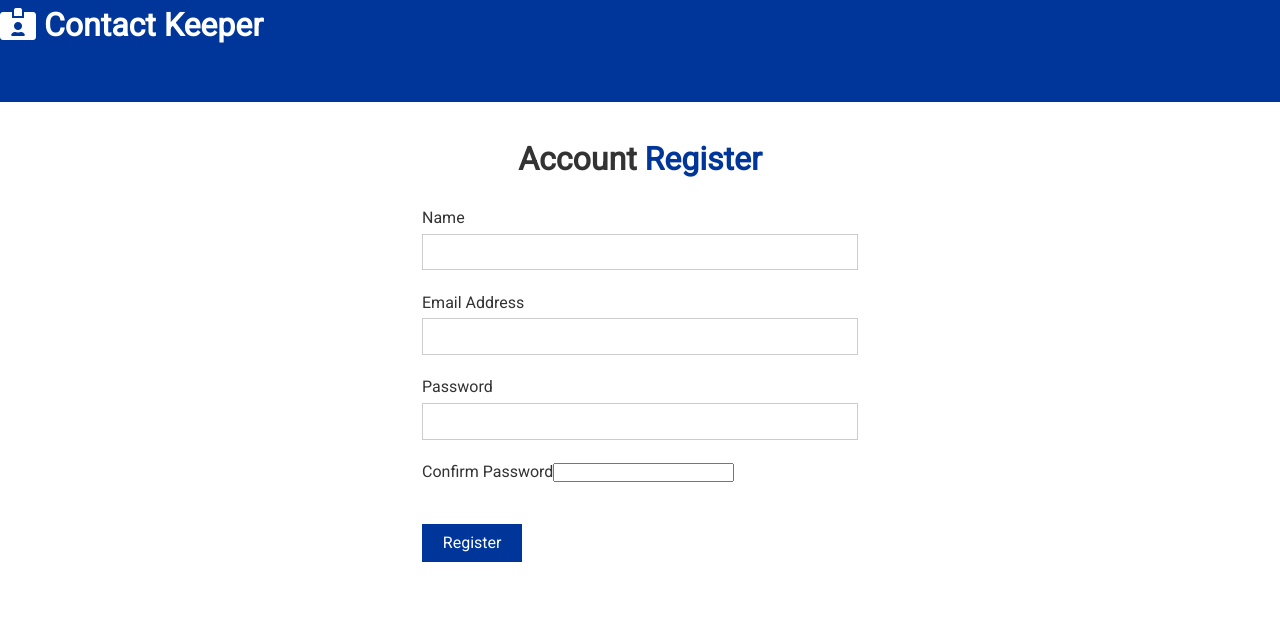
Repository: Takudzwa413/Contact-Keeper
Page: /register (app in client/)
The author's editor kept a copy of each file at every save. The page is drawn from the files as they stood at one save, then again after the next save.
The browser window is 1280 px wide. The pictures show the whole page.
Some web libraries are served in a nearby version. The project was rebuilt for these pictures with package versions that can differ from the ones it lists, and the page was loaded fresh each time. Also part of the build but not shown: client/src/components/contacts/ContactItem.js, client/src/components/contacts/Contacts.js, client/src/components/contacts/ContactForm.js, client/src/components/contacts/ContactFilter.js, client/src/components/pages/Home.js, client/src/components/pages/About.js.

Above is the page before, as saved 2020-06-20 09:58:29.

### client/public/index.html
<!DOCTYPE html>
<html lang="en">
  <head>
    <meta charset="utf-8" />
    <link rel="icon" href="%PUBLIC_URL%/favicon.ico" />
    <meta name="viewport" content="width=device-width, initial-scale=1" />
    <meta name="theme-color" content="#000000" />
    <meta
      name="description"
      content="Web site created using create-react-app"
    />
    <link
    rel="stylesheet"
    href="https://use.fontawesome.com/releases/v5.13.0/css/all.css"
    integrity="sha384-Bfad6CLCknfcloXFOyFnlgtENryhrpZCe29RTifKEixXQZ38WheV+i/6YWSzkz3V"
    crossorigin="anonymous"
  />
    <link rel="apple-touch-icon" href="%PUBLIC_URL%/logo192.png" />

    <link rel="manifest" href="%PUBLIC_URL%/manifest.json" />

    <title>ContactKeeper |Takudzwa</title>
  </head>
  <body>
    <noscript>You need to enable JavaScript to run this app.</noscript>
    <div id="root"></div>

  </body>
</html>

### client/src/App.js
import React,{Fragment} from 'react';
import { BrowserRouter as Router, Route,Switch  } from 'react-router-dom';
import Navbar from './components/layout/Navbar';
import Home from './components/pages/Home';
import About from './components/pages/About';
import Register from './components/auth/Register'

import ContactState from  './context/contact/ContactState';
import AuthState from  './context/auth/AuthState'

import './App.css';

function App() {
  return (
    <AuthState>
      <ContactState>
        <Router>
          <Fragment>
            <Navbar/>
              <div className='container'>
                <Switch>
                  <Route exact path='/' component={Home}/>
                  <Route exact path='/about' component={About}/>
                  <Route exact path='/register' component={Register}/>
                </Switch>
              </div>
          </Fragment>
        </Router>
      </ContactState>
    </AuthState>
  );
}

export default App;

### client/src/components/layout/Navbar.js
import React from 'react';
import PropTypes from 'prop-types'
import { Link } from 'react-router-dom';


const Navbar = ({title ,icon}) => {
    return (
        <div className='Navbar bg-primary'>
            <h1>
                <i className={icon}/> {title}
            </h1>
            <ul>
                <li>
                    <Link to='/'>Home</Link>
                </li>
                <li>
                    <Link to='/about'>About</Link>
                </li>
            </ul>
        </div>
    )
};

Navbar.propTypes ={
    title:PropTypes.string.isRequired,
    icon:PropTypes.string,
}
Navbar.defaultProps ={
    title:'Contact Keeper',
    icon:'fas fa-id-card-alt'
}

export default Navbar

### client/src/components/auth/Register.js
import React ,{ useState  }from 'react'

const Register = () => {
    const [user, setUser] =useState({
        name:'',
        email:'',
        password:'',
        password2:''
    });

    const { name, email, password, password2} = user;

    const onChange = e => setUser({ ...user, [e.target.name]: e.terget.value})

    const onSubmit = e =>{
        e.preventDefault();
        console.log('Register Submit')
    }

    return (
        <div className='form-container'>
            <h1>
                Account <span className='text-primary'>Register</span>
            </h1>
            <form onSubmit={onSubmit}>
                <div className='form-group'>
                    <label htmlFor='name'>Name</label>
                    <input type='text' name='name' value={name} onChange={onChange}/>
                </div>

                <div className='form-group'>
                    <label htmlFor='email'>Email Address</label>
                    <input type='email' name='email' value={name} onChange={onChange}/>
                </div>

                <div className='form-group'>
                    <label htmlFor='password'>Password</label>
                    <input type='password' name='password' value={name} onChange={onChange}/>
                </div>

                <div className='form-group'>
                    <label htmlFor='password2'>Confirm Password</label>
                    <input type='password2' name='password2' value={name} onChange={onChange}/>
                </div>
                <input type='submit' value='Register' className='btn btn-primary btn--block'></input>
            </form>

        </div>
    )
}

export default Register

### client/src/context/contact/ContactState.js
import React ,{  useReducer } from 'react';
import { v4 as uuidv4} from 'uuid'
import ContactContext from './contactContext';
import contactReducer from './contactReducer';
import {
    ADD_CONTACT,
    DELETE_CONTACT,
    SET_CURRENT,
    CLEAR_CURRENT,
    UPDATE_CONTACT,
    FILTER_CONTACTS,
    CLEAR_FILTER
} from '../types'


const ContactState = props =>{
    const initialState = {
        contacts :[
            {
                id:1,
                name:'Takudzwa Vengai',
                email:'tvengai75@gmail.com',
                phone:'222-222-333-333',
                type:'personal'
            },
            {
                id:2,
                name:'Peter John',
                email:'tfvengai75@gmail.com',
                phone:'222-222-333-333',
                type:'professional'
            },
            {
                id:3,
                name:'Mary Susan',
                email:'takavengai75@gmail.com',
                phone:'222-222-333-333',
                type:'personal'
            }
        ],
        current :null,
        filtered:null
    }
    const [state,dispatch] = useReducer(contactReducer , initialState);

    //Add Contact

    const addContact = contact => {
        contact.id = uuidv4()
        dispatch({type: ADD_CONTACT, payload: contact});
    }

    //delete contact
    const deleteContact = id => {
        dispatch({type: DELETE_CONTACT, payload: id});
    }

    //set current contact
    const setCurrent = contact => {
        dispatch({type: SET_CURRENT, payload: contact});
    }

    //clear current contact
    const clearCurrent = () => {
        dispatch({type: CLEAR_CURRENT});
    }

    //update contact
    const updateContact = contact => {
        dispatch({type: UPDATE_CONTACT, payload: contact});
    }


    //filter contact
    const filterContacts = text => {
        dispatch({type:FILTER_CONTACTS, payload: text});
    }


    //clear filter
    const clearFilter = () => {
        dispatch({type: CLEAR_FILTER});
    }

    return(
        <ContactContext.Provider
        value={{
            contacts:state.contacts,
            current: state.current,
            filtered: state.filtered,
            addContact,
            deleteContact,
            setCurrent,
            clearCurrent,
            updateContact,
            filterContacts,
            clearFilter

        }}>

            {props.children}

        </ContactContext.Provider>
    )

}

export default ContactState;

### client/src/context/auth/AuthState.js
import React ,{  useReducer } from 'react';
import AuthContext from './authContext';
import authReducer from './authReducer';
import {

   REGISTER_SUCCESS,
   REGISTER_FAIL ,
   USER_UPLOADED ,
   AUTH_ERROR ,
   LOGIN_SUCCESS ,
   LOGIN_FAIL ,
   LOGOUT ,
   CLEAR_ERRORS

} from '../types'


const AuthState = props =>{
    const initialState = {
        token: localStorage.getItem('token'),
        isAuthenticated: null,
        loading: true,
        error: null,
        user:null
    };
    const [state,dispatch] = useReducer(authReducer , initialState);

    //load user

    //register user

    // login user

    //clear errors

    return(
        <AuthContext.Provider
        value={{
            token: state.token,
            isAuthenticated: state.isAuthenticated,
            loading: state.loading,
            user: state.user,
            error:state.error

        }}>

            {props.children}

        </AuthContext.Provider>
    )

}

export default AuthState;

### client/src/context/contact/contactReducer.js
import {
    ADD_CONTACT,
    DELETE_CONTACT,
    SET_CURRENT,
    CLEAR_CURRENT,
    UPDATE_CONTACT,
    FILTER_CONTACTS,
    CLEAR_FILTER
} from '../types'

export default(state, action) => {
    switch(action.type) {
        case ADD_CONTACT:
            return{
                ...state,
                contacts: [...state.contacts , action.payload]
            };
        case UPDATE_CONTACT:
            return{
                ...state,
                contacts: state.contacts.map(
                    contact => contact.id ===
                    action.payload.id ?
                     action.payload :contact)
            }
        case DELETE_CONTACT:
            return{
                ...state,
                contacts: state.contacts.filter(contact => contact.id !==action.payload)
            } ;
        case SET_CURRENT:
            return{
                ...state,
                current:action.payload
            };
        case CLEAR_CURRENT:
            return{
                ...state,
                current:null
            } ;
        case FILTER_CONTACTS:
            return{
                ...state,
                filtered: state.contacts.filter(contact =>{
                    const regex = new RegExp(`${action.payload}`, 'gi');
                    return contact.name.match(regex) || contact.email.match(regex);
                })
            }
            case CLEAR_FILTER:
                return{
                    ...state,
                    filtered:null
                } ;
        default:
            return state;
    }
};

### client/src/context/types.js
export const ADD_CONTACT = 'ADD_CONTACT';
export const DELETE_CONTACT = 'DELETE_CONTACT';
export const SET_CURRENT = 'SER_CURRENT';
export const CLEAR_CURRENT = 'CLEAR_CURRENT';
export const UPDATE_CONTACT =  'UPDATE_CONTACT';
export const FILTER_CONTACTS = 'FILTER_CONTACTS';
export const CLEAR_FILTER = 'CLEAR_FILTER';
export const SET_ALERT = 'SET_ALERT';
export const REMOVE_ALERT = 'REMOVE_ALERT';
export const REGISTER_SUCCESS ='REGISTER-SUCCESS';
export const REGISTER_FAIL = 'REGISTER_FAIL';
export const USER_UPLOADED ='USER_UPLOADED';
export const AUTH_ERROR = 'AUTH_ERROR';
export const LOGIN_SUCCESS = 'LOGIN_SUCCESS';
export const LOGIN_FAIL = 'LOGIN_FAIL';
export const LOGOUT ='LOGOUT';
export const CLEAR_ERRORS = 'CLEAR_ERRORS';

### client/src/context/auth/authContext.js
import {  createContext } from 'react';
 const authContext = createContext();

 export default authContext;

Loaded but not shown: client/src/index.js (common file); client/src/App.css (common file); client/src/context/contact/contactContext.js (common file); client/src/context/auth/authReducer.js (no stored copy; drawn as an empty file)

After the next save:
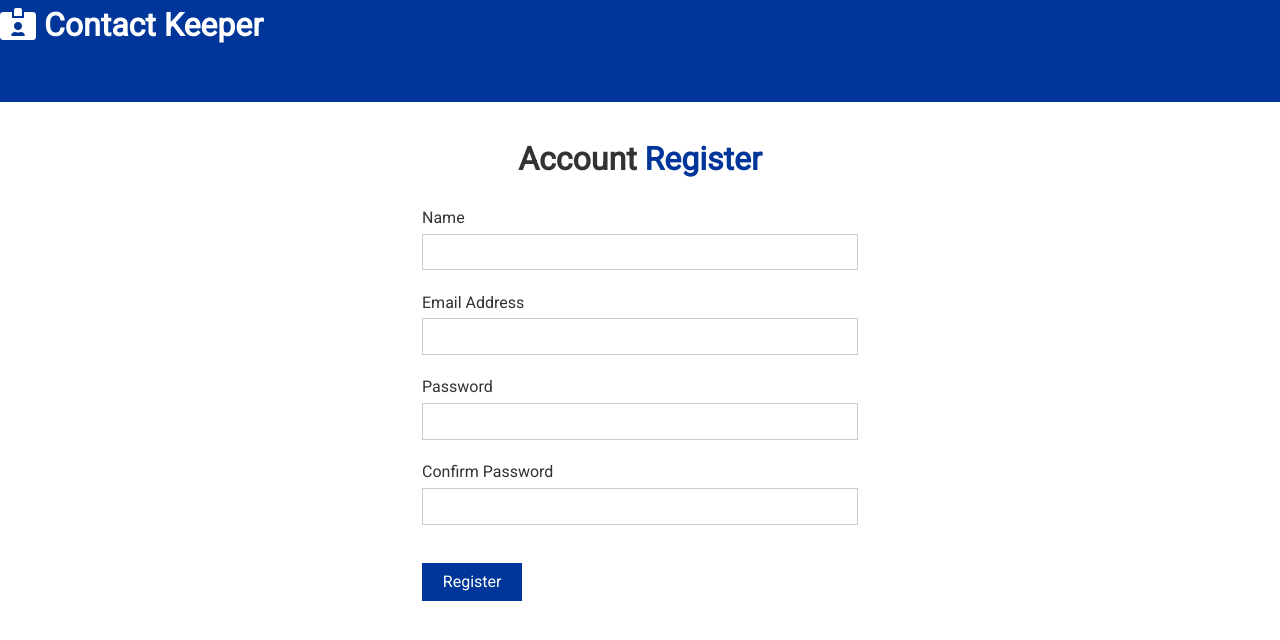
Saved 95 s later.
--- a/client/src/components/auth/Register.js
+++ b/client/src/components/auth/Register.js
@@ -40,7 +40,7 @@
 
                 <div className='form-group'>
                     <label htmlFor='password2'>Confirm Password</label>
-                    <input type='password2' name='password2' value={name} onChange={onChange}/>
+                    <input type='password' name='password2' value={name} onChange={onChange}/>
                 </div>
                 <input type='submit' value='Register' className='btn btn-primary btn--block'></input>
             </form>
